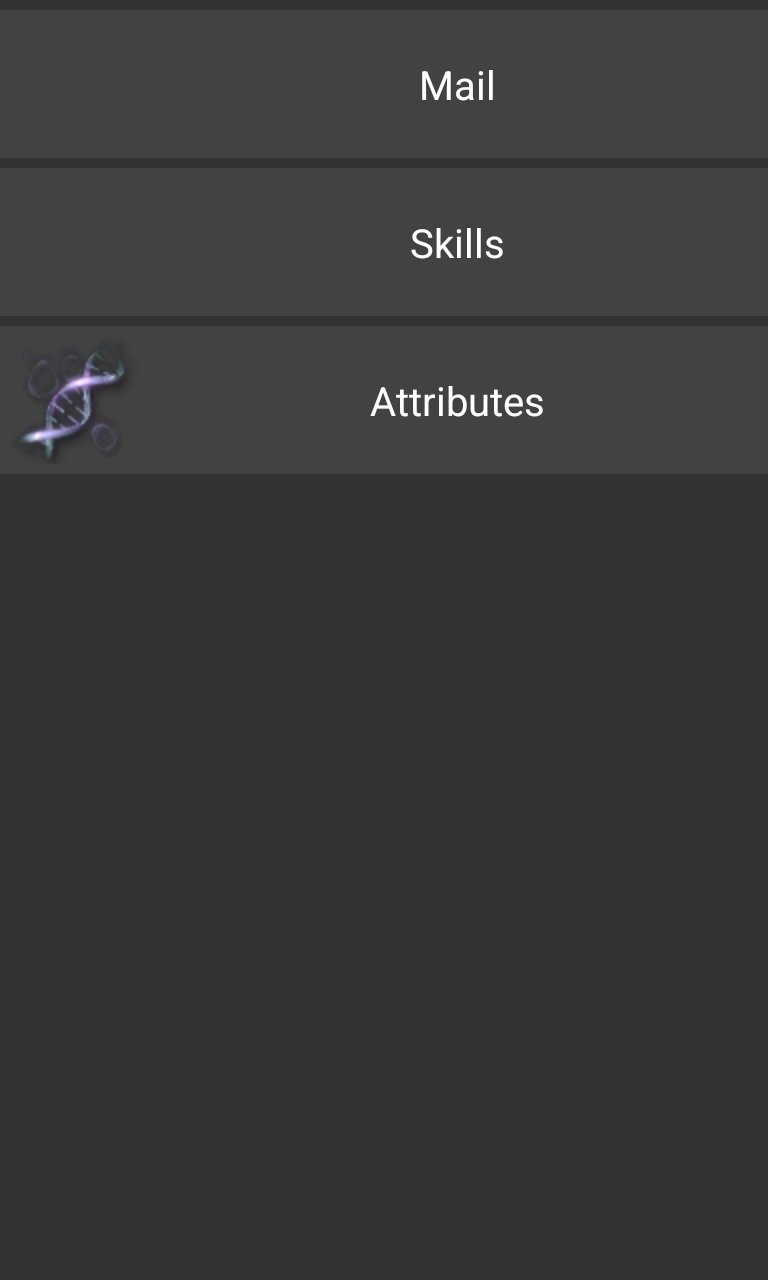
Repository: w9jds/Android-EveProfiler
Layout: EveProfiler/res/layout/drawerview.xml
The author's editor kept a copy of each file at every save. The layout is drawn from the files as they stood at one save, then again after the next save.
It is drawn on a 768 x 1280 px phone screen (xhdpi) without system bars, with theme AppTheme; the app's code is not run.

Above is the layout before, as saved 2013-05-12 05:37:32.

After the next save:
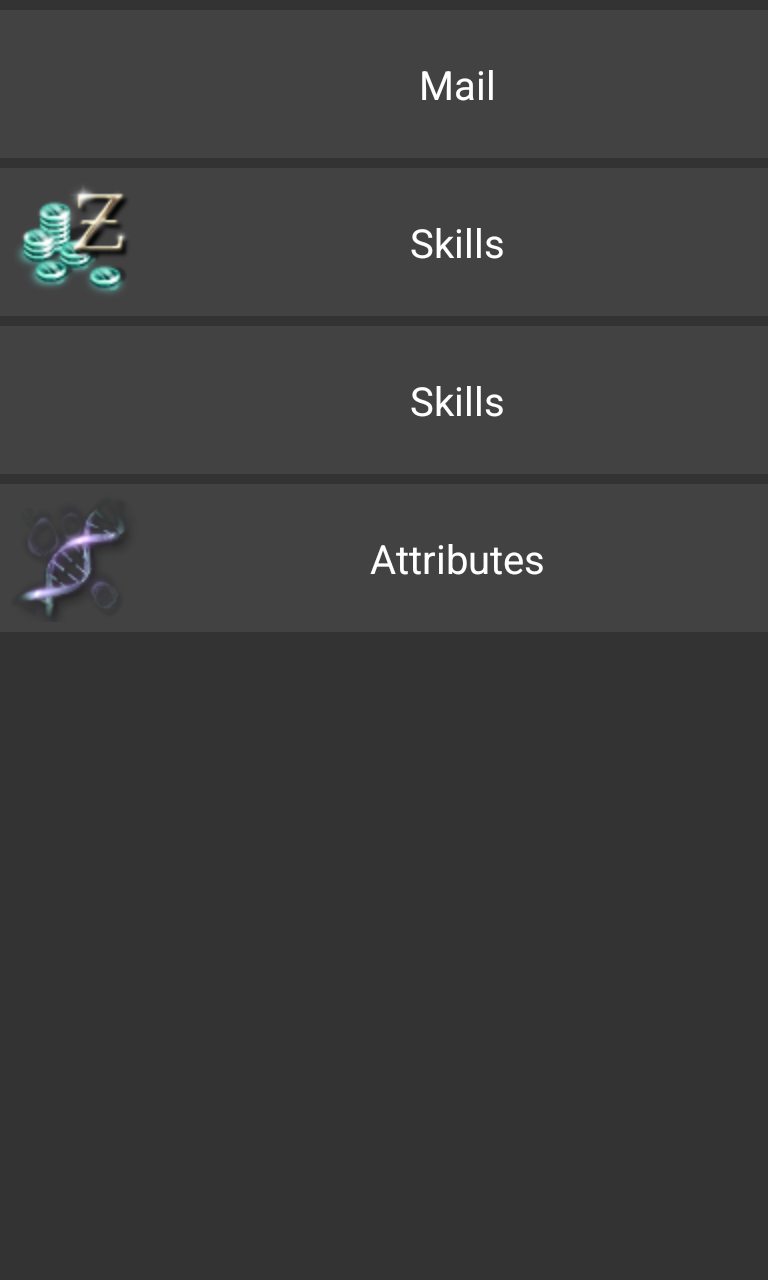
Saved 2 min 53 s later.
--- a/EveProfiler/res/layout/drawerview.xml
+++ b/EveProfiler/res/layout/drawerview.xml
@@ -44,6 +44,41 @@
                 android:textSize="20sp" />
 
         </GridLayout>
+
+        <GridLayout
+            android:id="@+id/wallet"
+            android:layout_width="fill_parent"
+            android:layout_height="wrap_content"
+            android:layout_marginBottom="5dp"
+            android:background="@color/lightgrey"
+            android:columnCount="2"
+            android:rowCount="1"
+            tools:targetApi="14" >
+
+            <ImageView
+                android:id="@+id/walletPic"
+                android:layout_width="64dp"
+                android:layout_height="64dp"
+                android:layout_column="0"
+                android:layout_gravity="center"
+                android:layout_marginBottom="5dp"
+                android:layout_marginLeft="5dp"
+                android:layout_marginRight="5dp"
+                android:layout_marginTop="5dp"
+                android:layout_row="0"
+                android:src="@drawable/wallet"/>
+
+            <TextView
+                android:id="@+id/walletLabel"
+                android:layout_column="1"
+                android:layout_gravity="center"
+                android:layout_row="0"
+                android:text="Skills"
+                android:textColor="@color/white"
+                android:textSize="20sp" />
+
+        </GridLayout>
+
 
         <GridLayout
             android:id="@+id/Skills"
